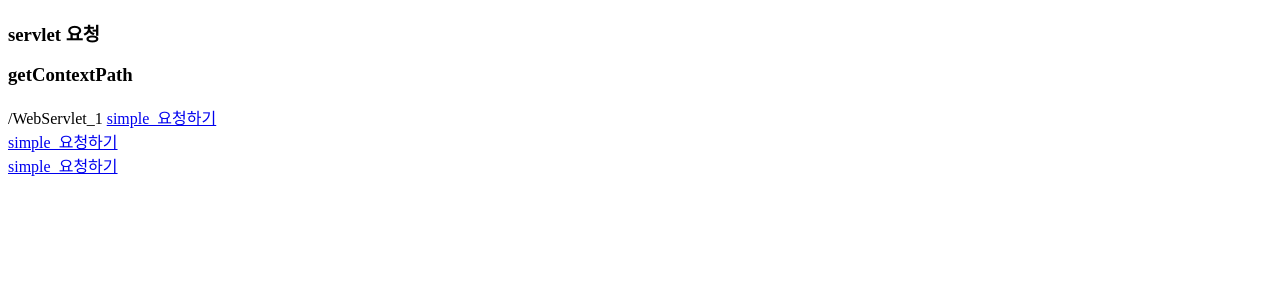
Repository: 71summernight/JavaScript_Jquery
Page: http://localhost/WebServlet_1/
The author's editor kept a copy of each file at every save. The page is drawn from the files as they stood at one save, then again after the next save.
The browser window is 1280 px wide. The pictures show the whole page.
The page is served by Tomcat 9. Other server files are loaded and not shown.

Above is the page before, as saved 2021-04-01 02:27:24.

### WebServlet_1/WebContent/default.jsp
<%@ page language="java" contentType="text/html; charset=UTF-8"
    pageEncoding="UTF-8"%>
<!DOCTYPE html>
<html>
<head>
<meta charset="UTF-8">
<title>Servlet 요청하기</title>
</head>
<body>
<h3>servlet 요청</h3>
<h3>getContextPath</h3>
<%=request.getContextPath() %>
<a href="<%=request.getContextPath() %>/simple">simple_요청하기</a>
<br>
<a href="<%=request.getContextPath() %>/simple">simple_요청하기</a>
<br>
<a href="<%=request.getContextPath() %>/simple">simple_요청하기</a>


</body>
</html>

After the next save:
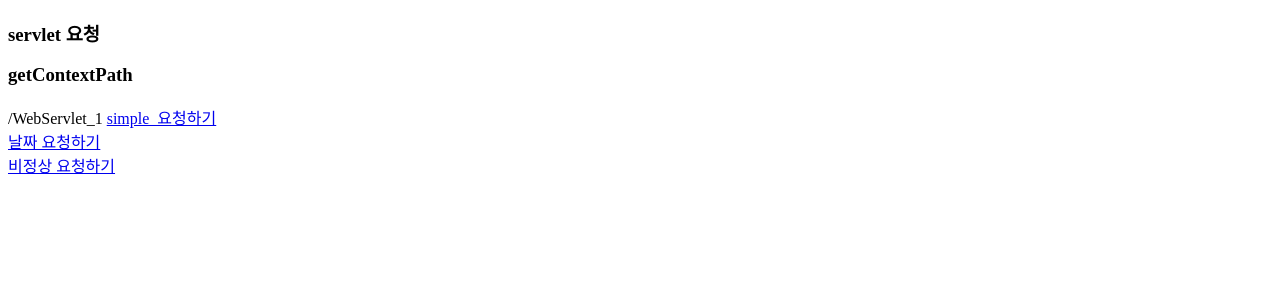
Saved 30 s later.
--- a/WebServlet_1/WebContent/default.jsp
+++ b/WebServlet_1/WebContent/default.jsp
@@ -12,9 +12,9 @@
 <%=request.getContextPath() %>
 <a href="<%=request.getContextPath() %>/simple">simple_요청하기</a>
 <br>
-<a href="<%=request.getContextPath() %>/simple">simple_요청하기</a>
+<a href="<%=request.getContextPath() %>/simple">날짜 요청하기</a>
 <br>
-<a href="<%=request.getContextPath() %>/simple">simple_요청하기</a>
+<a href="<%=request.getContextPath() %>/simple">비정상 요청하기</a>
 
 
 </body>
